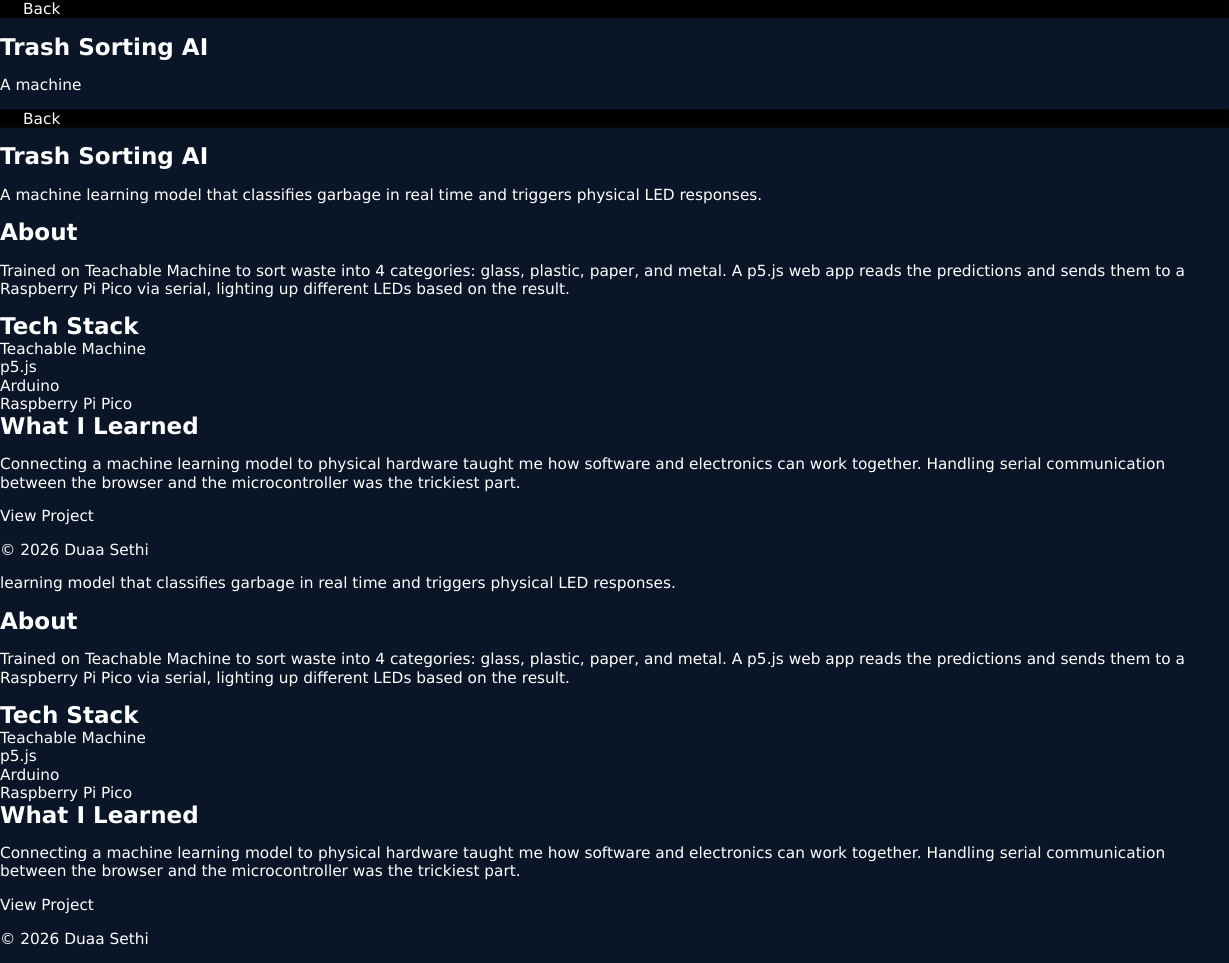
Repository: Duaa-Sethi/Duaa-Sethi
Page: pages/trash-sorting.html
An editor plug-in stored every save of this project. The page is shown before and after the next save, followed by the edit.
The browser window is 1280 px wide. The pictures show the whole page, at 96% of full size.
Some web fonts or font styles are not loaded; a fallback is used.

Above is the page before, as saved 2026-05-08 17:25:37.

### pages/trash-sorting.html
<!doctype html>
<html lang="en">
  <head>
    <meta charset="UTF-8" />
    <meta name="viewport" content="width=device-width, initial-scale=1.0" />
    <title>Trash Sorting AI | Duaa Sethi</title>
    <link rel="stylesheet" href="../styles/globals.css" />
    <link rel="stylesheet" href="../styles/project.css" />
  </head>
  <body>
    <nav>
      <ul>
        <li><a href="../index.html" class="tag">Back</a></li>
      </ul>
    </nav>

    <main>
      <h1>Trash Sorting AI</h1>
      <p>
        A machine <!doctype html>
        <html lang="en">
          <head>
            <meta charset="UTF-8" />
            <meta
              name="viewport"
              content="width=device-width, initial-scale=1.0"
            />
            <title>Trash Sorting AI | Duaa Sethi</title>
            <link rel="stylesheet" href="../styles/globals.css" />
            <link rel="stylesheet" href="../styles/project.css" />
          </head>
          <body>
            <nav>
              <ul>
                <li><a href="../index.html" class="tag">Back</a></li>
              </ul>
            </nav>

            <main>
              <h1>Trash Sorting AI</h1>
              <p>
                A machine learning model that classifies garbage in real time
                and triggers physical LED responses.
              </p>

              <h2>About</h2>
              <p>
                Trained on Teachable Machine to sort waste into 4 categories:
                glass, plastic, paper, and metal. A p5.js web app reads the
                predictions and sends them to a Raspberry Pi Pico via serial,
                lighting up different LEDs based on the result.
              </p>

              <h2>Tech Stack</h2>
              <ul class="tags">
                <li>Teachable Machine</li>
                <li>p5.js</li>
                <li>Arduino</li>
                <li>Raspberry Pi Pico</li>
              </ul>

              <h2>What I Learned</h2>
              <p>
                Connecting a machine learning model to physical hardware taught
                me how software and electronics can work together. Handling
                serial communication between the browser and the microcontroller
                was the trickiest part.
              </p>

              <a
                href="https://editor.p5js.org/duairfansethi/full/mdRLpCkG2"
                target="blank"
                class="btn"
                >View Project</a
              >
            </main>

            <footer>
              <p>© 2026 Duaa Sethi</p>
            </footer>
          </body>
        </html>
        learning model that classifies garbage in real time and triggers
        physical LED responses.
      </p>

      <h2>About</h2>
      <p>
        Trained on Teachable Machine to sort waste into 4 categories: glass,
        plastic, paper, and metal. A p5.js web app reads the predictions and
        sends them to a Raspberry Pi Pico via serial, lighting up different LEDs
        based on the result.
      </p>

      <h2>Tech Stack</h2>
      <ul class="tags">
        <li>Teachable Machine</li>
        <li>p5.js</li>
        <li>Arduino</li>
        <li>Raspberry Pi Pico</li>
      </ul>

      <h2>What I Learned</h2>
      <p>
        Connecting a machine learning model to physical hardware taught me how
        software and electronics can work together. Handling serial
        communication between the browser and the microcontroller was the
        trickiest part.
      </p>

      <a
        href="https://editor.p5js.org/duairfansethi/full/mdRLpCkG2"
        target="blank"
        class="btn"
        >View Project</a
      >
    </main>

    <footer>
      <p>© 2026 Duaa Sethi</p>
    </footer>
  </body>
</html>

### styles/globals.css
/* FONT DEFS */
@font-face {
  font-family: "main font";
  src: url(../assets/fonts/NewsCycle-Regular.ttf);
}

/* CROSS PAGE STYLES */
body {
  font-family: "main font", Verdana, sans-serif;
  color: white;
  margin: 0;
}

h1 {
  font-weight: bold;
  font-size: 1.5rem; /* too small for desktop*/
}

a {
  text-decoration: none;
  color: white;
}
h2,
h3 {
  margin: 0;
}
a:hover {
  text-decoration: underline;
}
ul {
  list-style: none;
  padding: 0;
  margin: 0;
}

### styles/project.css
body {
  background-color: #0a1628;
}
nav {
  background-color: black;
  padding: 0 1.5rem;
}
nav ul {
  display: flex;
}

After the next save:
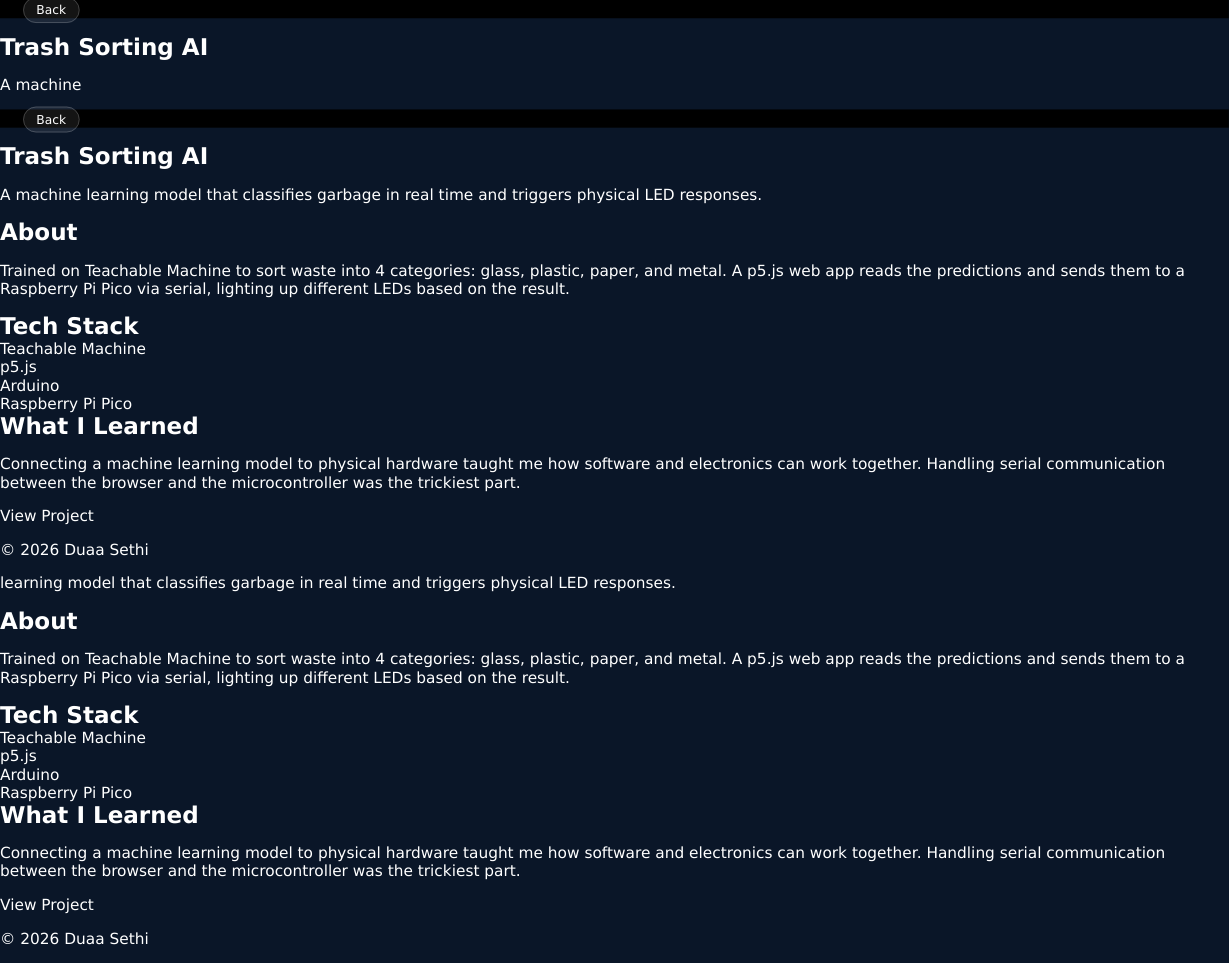
Saved 36 s later.
--- a/styles/project.css
+++ b/styles/project.css
@@ -8,3 +8,10 @@ nav {
 nav ul {
   display: flex;
 }
+.tag {
+  background-color: rgba(255, 255, 255, 0.08);
+  border: 1px solid rgba(255, 255, 255, 0.2);
+  border-radius: 20px;
+  padding: 0.3rem 0.8rem;
+  font-size: 0.8rem;
+}
